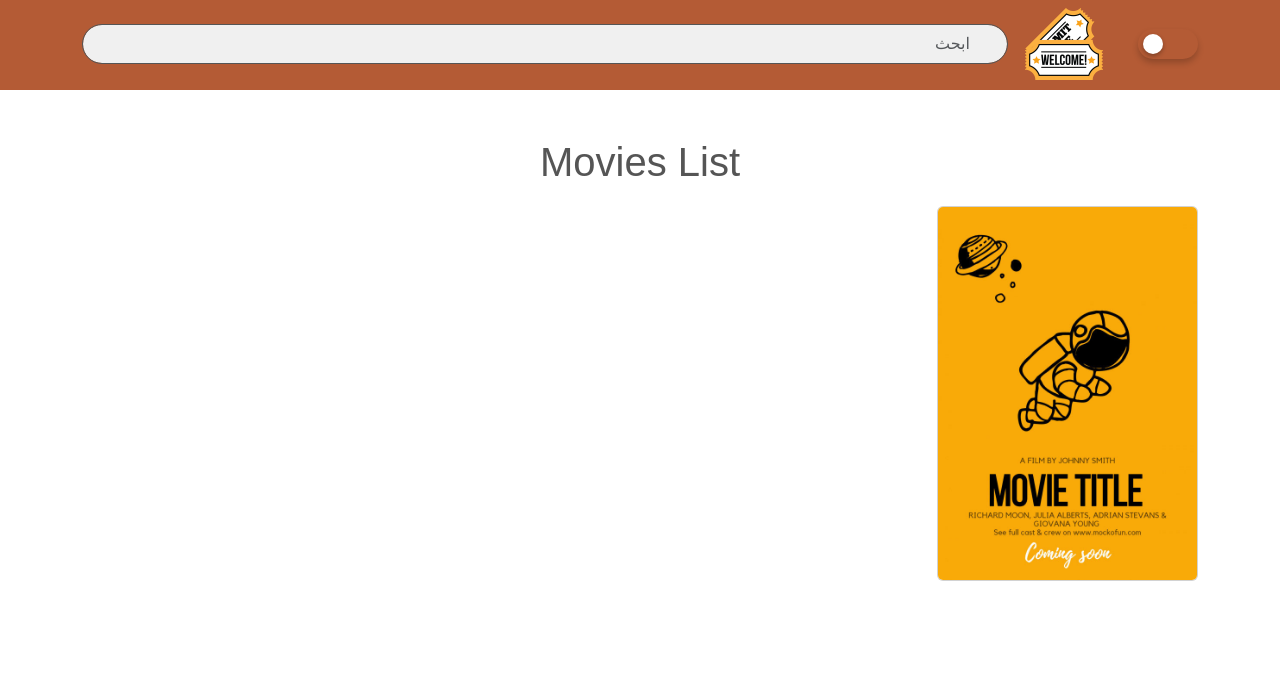
Repository: kerlos-alfy/Movie-List
Page: /
These files come from the project's save history. The page is drawn as it stood at one moment and after the next save; the edit follows.
The browser window is 1280 px wide. The pictures show the whole page.
The page's requests for data from a server got no answer. The project was rebuilt for these pictures with package versions that can differ from the ones it lists, and the page was loaded fresh each time. No one was signed in, and anything a server would have sent is missing. Also part of the build but not shown: vite.config.js, src/App.css.

Above is the page before, as saved 2025-01-16 02:00:48.

### index.html
<!DOCTYPE html>
<html lang="ar" dir="rtl">
	<head>
		<meta charset="UTF-8" />
		<link rel="icon" type="image/svg+xml" href="https://www.svgrepo.com/show/289436/movies-clapperboard.svg" />
		<link
			rel="stylesheet"
			href="https://cdn.jsdelivr.net/npm/bootstrap@5.3.3/dist/css/bootstrap.min.css"
			integrity="sha384-QWTKZyjpPEjISv5WaRU9OFeRpok6YctnYmDr5pNlyT2bRjXh0JMhjY6hW+ALEwIH"
			crossorigin="anonymous" />
		<meta name="viewport" content="width=device-width, initial-scale=1.0" />
		<title>Movies List</title>
	</head>
	<body>
		<div id="root"></div>
		<script type="module" src="/src/main.jsx"></script>
	</body>
</html>

### src/index.css
/* المتغيرات العامة */
:root {
	--background-color: white;
	--text-color: #555555;
	--primary-color: #b45b35;
	--card-background: #f8f8f8;
	--overlay-background: #393839;
}

/* الوضع الداكن */
.dark-mode {
	--background-color: #121212;
	--text-color: #f0f0f0;
	--primary-color: #ff6f61;
	--card-background: #1e1e1e;
	--overlay-background: #333333;
}

/* أنماط عامة */
body {
	margin: 0;
	background-color: var(--background-color);
	color: var(--text-color);
}

.color-body {
	background-color: var(--background-color);
	height: 100vh;
}

.nav-style {
	height: 90px;
	width: 1440px;
	background-color: var(--primary-color);
}

.logo {
	height: 72px;
	width: 78px;
}

.search {
	position: relative;
}

.search input {
	height: 40px;
	text-indent: 25px;
	border-radius: 20px;
	border: 1px solid var(--text-color);
	background-color: #f0f0f0;
	color: var(--text-color);
}

.search input:focus {
	box-shadow: none;
	border: 2px solid var(--primary-color);
}

.search .fa-search {
	position: absolute;
	top: 12px;
	left: 16px;
	color: var(--text-color);
}

.card {
	position: relative;
	transition: all 0.5s ease-in;
	cursor: pointer;
	height: 375px;
}

.card__image {
	display: block;
	width: 100%;
	height: 100%;
	border-radius: 5px;
}

.card__overlay {
	position: absolute;
	top: 0;
	bottom: 0;
	left: 0;
	right: 0;
	height: 100%;
	width: 100%;
	opacity: 0;
	visibility: none;
	transition: 0.5s ease;
	background-color: var(--overlay-background);
}

.card:hover .card__overlay {
	opacity: 0.8;
}

.overlay__text {
	color: var(--text-color);
	font-size: 16px;
	font-weight: bold;
	position: absolute;
	top: 50%;
	left: 50%;
	-webkit-transform: translate(-50%, -50%);
	-ms-transform: translate(-50%, -50%);
	transform: translate(-50%, -50%);
}

.font {
	font-family: "Almarai", sans-serif;
	font-family: "Cairo", sans-serif;
}

.color {
	color: var(--primary-color);
	background-color: var(--primary-color);
}

.card-detalis {
	height: 370px;
	border-radius: 20px;
	background-color: var(--card-background);
}

.card-story {
	height: 300px;
	border-radius: 20px;
	background-color: var(--card-background);
}

.img-movie {
	height: 360px;
	padding: 10px;
	border-radius: 20px;
}

.card-text-details {
	color: var(--text-color);
	font-family: Almarai;
	font-size: 28px;
	font-weight: bold;
	letter-spacing: 0;
	line-height: 49px;
}

.card-text-story {
	color: var(--text-color);
	font-family: Almarai;
	font-size: 18px;
	letter-spacing: 0;
	line-height: 32px;
}

.card-text-title {
	color: var(--text-color);
	font-family: Almarai;
	font-size: 36px;
	font-weight: bold;
	letter-spacing: 0;
	line-height: 49px;
}

.toggle-btn {
	position: relative;
	width: 60px;
	height: 30px;
	background-color: var(--primary-color);
	border-radius: 15px;
	cursor: pointer;
	transition: background-color 0.3s ease-in-out;
	display: flex;
	align-items: center;
	padding: 5px;
	box-shadow: 0 4px 6px rgba(0, 0, 0, 0.2);
}

.toggle-btn::before {
	content: "";
	position: absolute;
	top: 50%;
	left: 5px;
	width: 20px;
	height: 20px;
	background-color: #fff;
	border-radius: 50%;
	transform: translateY(-50%);
	transition: all 0.3s ease-in-out;
	box-shadow: 0 2px 4px rgba(0, 0, 0, 0.3);
}

.toggle-btn.dark {
	background-color: #555;
}

.toggle-btn.dark::before {
	left: 35px;
}

### src/App.jsx
import "./App.css";
import { Container } from "react-bootstrap";
import NavBar from "./components/NavBar";
import MoviesList from "./components/MoviesList";
import axios from "axios";
import { useState, useEffect } from "react";
function App() {
	const [movies, setMovies] = useState([]);
	useEffect(() => {
		getAllMovies();
	}, []);
	const getAllMovies = async () => {
		const res = await axios.get("https://api.themoviedb.org/3/movie/popular?api_key=3ac2c05f95f92e69875f1b70453ca0cd&language=ar&page=1");
		setMovies(res.data.results);
		console.log(res.data.results);
	};

	return (
		<div className="font color-body">
			<NavBar />
			<Container>
				<h1 className="text-center mt-5">Movies List</h1>
				<MoviesList movies={movies} />
			</Container>
		</div>
	);
}

export default App;

### src/components/NavBar.jsx
import { Container, Row, Col } from "react-bootstrap";
import DarkModeToggle from "./DarkModeToggle";

function NavBar() {
	return (
		<div className="nav-style w-100">
			<Container>
				<Row className="pt-2">
					{/* زر الوضع الداكن */}
					<Col xs="2" lg="1" className="d-flex align-items-center">
						<DarkModeToggle />
					</Col>

					{/* الشعار */}
					<Col xs="2" lg="1" className="d-flex align-items-center">
						<a href="/">
							<img className="logo" src="logo.png" alt="Logo" />
						</a>
					</Col>

					{/* مربع البحث */}
					<Col xs="8" lg="10" className="d-flex align-items-center">
						<div className="search w-100">
							<i className="fa fa-search"></i>
							<input type="text" className="form-control" placeholder="ابحث" />
						</div>
					</Col>
				</Row>
			</Container>
		</div>
	);
}

export default NavBar;

### src/components/MoviesList.jsx
/* eslint-disable react/prop-types */
import { Row } from "react-bootstrap";
import CardMovie from "./CardMovie";
function MoviesList({ movies }) {
	return (
		<Row className="mt-3">
			<CardMovie movies={movies} />
		</Row>
	);
}

export default MoviesList;

### src/components/DarkModeToggle.jsx
import { useState, useEffect } from "react";
function DarkModeToggle() {
	const [isDarkMode, setIsDarkMode] = useState(() => {
		return localStorage.getItem("dark-mode") === "true" || false;
	});

	useEffect(() => {
		if (isDarkMode) {
			document.body.classList.add("dark-mode");
		} else {
			document.body.classList.remove("dark-mode");
		}
		localStorage.setItem("dark-mode", isDarkMode);
	}, [isDarkMode]);

	return <div className={`toggle-btn ${isDarkMode ? "dark" : ""}`} onClick={() => setIsDarkMode(!isDarkMode)}></div>;
}

export default DarkModeToggle;

### src/components/CardMovie.jsx
/* eslint-disable react/prop-types */
import { Col } from "react-bootstrap";

function CardMovie({ movies }) {
	return (
		<Col xs="6" sm="6" md="4" lg="3" className="my-1">
			<div className="card">
				<img className="card__image" src="prof.jpg" alt="hu" />
				<div className="card__overlay">
					<div className="overlay__text text-center w-100 p-2">
						<p>اسم الفيلم : {movies.title} </p>
						<p>تاريخ الاصدار:</p>
						<p>عدد المقيمين: </p>
						<p>التقييم: </p>
					</div>
				</div>
			</div>
		</Col>
	);
}

export default CardMovie;

Loaded but not shown: src/main.jsx (common file)

After the next save:
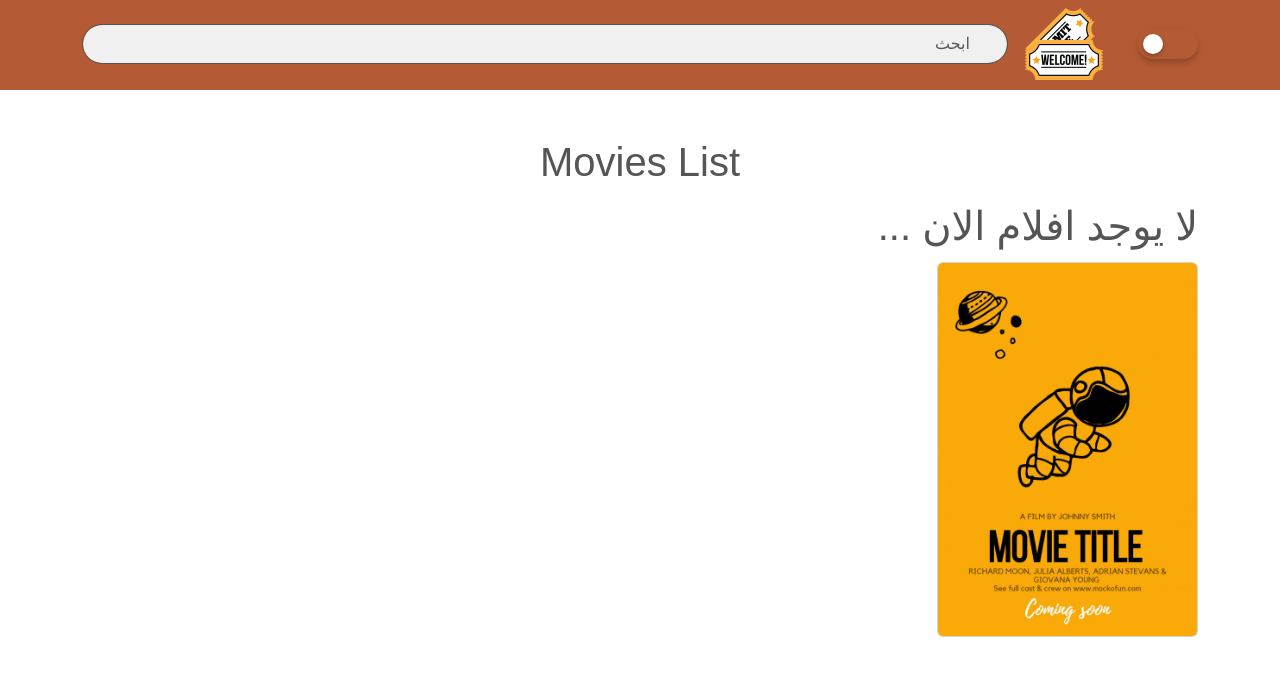
Saved 87 s later.
--- a/src/components/MoviesList.jsx
+++ b/src/components/MoviesList.jsx
@@ -4,6 +4,7 @@ import CardMovie from "./CardMovie";
 function MoviesList({ movies }) {
 	return (
 		<Row className="mt-3">
+			{movies.length > 1 ? <CardMovie movies={movies} /> : <h1>لا يوجد افلام الان ...</h1>}
 			<CardMovie movies={movies} />
 		</Row>
 	);
